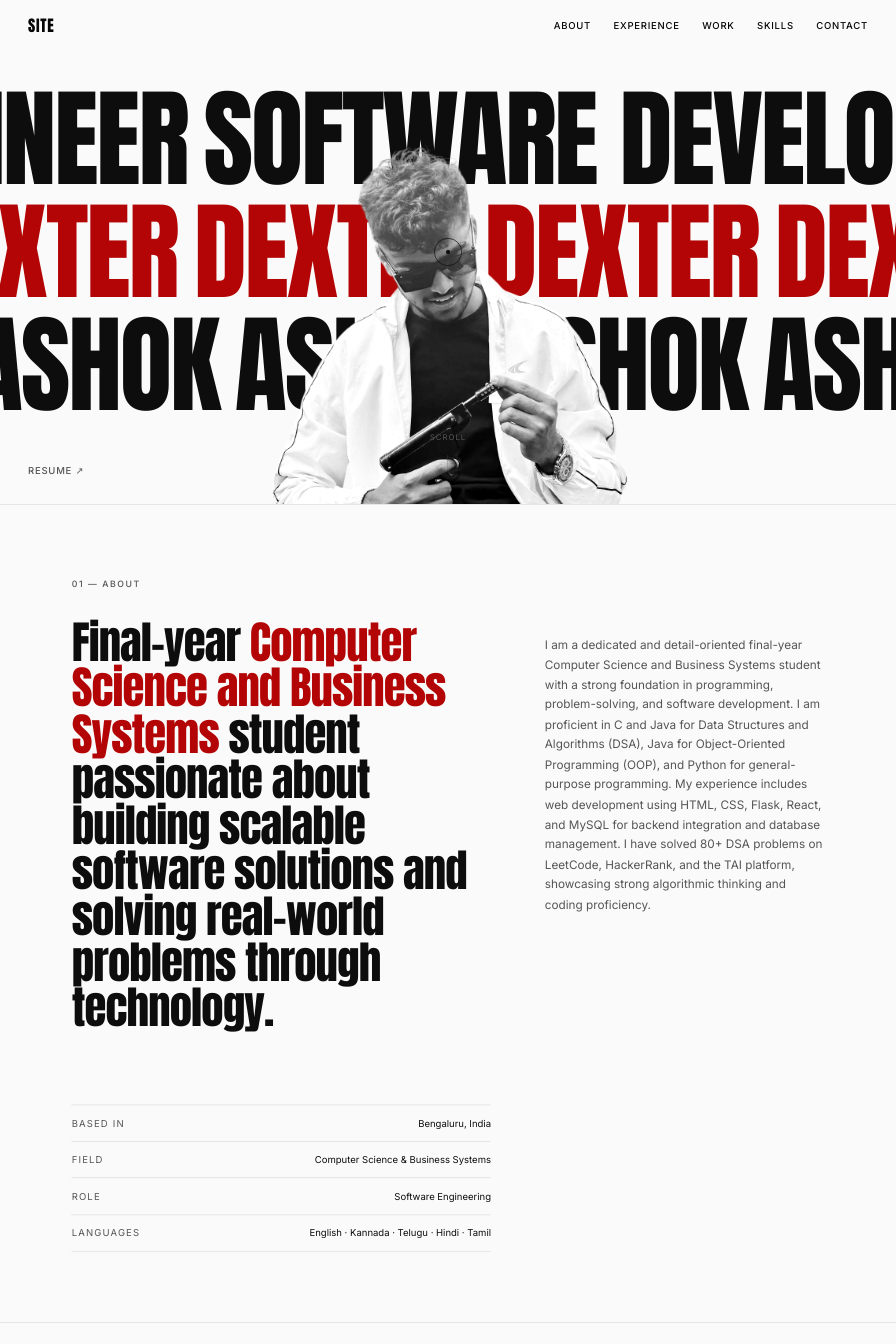
Repository: Ashok-B24/Dexter-portfolio
Page: /
An editor plug-in stored every save of this project. The page is shown before and after the next save, followed by the edit.
The browser window is 1280 px wide. The pictures show the part of the page from y = 0 to 1920 px (the page is 4826 px tall before and 720 px after), at 70% of full size.
The project was rebuilt for these pictures with package versions that can differ from the ones it lists, and the page was loaded fresh each time. Also part of the build but not shown: vite.config.js.

Above is the page before, as saved 2026-07-28 20:30:07.

### index.html
<!doctype html>
<html lang="en">
  <head>
    <meta charset="UTF-8" />
    <meta name="viewport" content="width=device-width, initial-scale=1.0" />
    <title>Portfolio</title>
    <link rel="preconnect" href="https://fonts.googleapis.com">
    <link rel="preconnect" href="https://fonts.gstatic.com" crossorigin>
    <link href="https://fonts.googleapis.com/css2?family=Anton&family=Inter:wght@400;500&display=swap" rel="stylesheet">
  </head>
  <body>
    <div id="root"></div>
    <script type="module" src="/src/main.jsx"></script>
  </body>
</html>

### src/main.jsx
import ReactDOM from 'react-dom/client'
import App from './App'
import './App.css'

ReactDOM.createRoot(document.getElementById('root')).render(<App />)

### src/App.jsx
import { useEffect } from 'react'
import Lenis from '@studio-freight/lenis'
import Nav from './components/Nav'
import Hero from './components/Hero'
import About from './components/About'
import Experience from './components/Experience'
import Work from './components/Work'
import Capabilities from './components/Capabilities'
import Contact from './components/Contact'
import Cursor from './components/Cursor'

export default function App() {
  useEffect(() => {
    const lenis = new Lenis({ duration: 1.2, easing: t => Math.min(1, 1.001 - 2 ** (-10 * t)), smoothWheel: true })
    function raf(time) { lenis.raf(time); requestAnimationFrame(raf) }
    requestAnimationFrame(raf)

    window.__lenis = lenis

    return () => { lenis.destroy(); delete window.__lenis }
  }, [])

  return (
    <>
      <Nav />
      <main>
        <Hero />
        <About />
        <Experience />
        <Work />
        <Capabilities />
        <Contact />
      </main>
      <Cursor />
    </>
  )
}

### src/components/Nav.jsx
import { useEffect, useRef } from 'react'
import gsap from 'gsap'

export default function Nav() {
  const navRef = useRef(null)

  useEffect(() => {
    const nav = navRef.current
    if (!nav) return

    const tl = gsap.timeline({ paused: true })
    tl.to(nav, { y: '-100%', duration: 0.4, ease: 'power2.inOut' })

    let oldScroll = 0

    function onScroll() {
      const lenis = window.__lenis
      if (!lenis) return

      const thisScroll = lenis.scroll
      if (thisScroll > oldScroll && thisScroll > 60) {
        tl.timeScale(1.2).play()
      } else if (thisScroll < oldScroll) {
        tl.timeScale(1.5).reverse()
      }
      oldScroll = thisScroll
    }

    if (window.__lenis) {
      window.__lenis.on('scroll', onScroll)
    }

    return () => {
      tl.kill()
      if (window.__lenis) window.__lenis.off('scroll', onScroll)
    }
  }, [])

  return (
    <nav className="nav" ref={navRef}>
      <div className="nav__inner">
        <a className="nav__logo" href="#">SITE</a>
        <div className="nav__links">
          <a href="#about" data-cursor="View">About</a>
          <a href="#experience" data-cursor="View">Experience</a>
          <a href="#work" data-cursor="View">Work</a>
          <a href="#capabilities" data-cursor="View">Skills</a>
          <a href="#contact" data-cursor="View">Contact</a>
        </div>
      </div>
    </nav>
  )
}

### src/components/Hero.jsx
import { useEffect, useRef } from 'react'
import gsap from 'gsap'

const TRACKS = [
  { dir: 'left',  speed: 8,  text: 'Software Developer Engineer' },
  { dir: 'right', speed: 10, text: 'Dexter' },
  { dir: 'left',  speed: 6,  text: 'Ashok' },
]

export default function Hero() {
  const heroRef = useRef(null)

  useEffect(() => {
    const hero = heroRef.current
    if (!hero) return

    let ctx

    function start() {
      const inners = hero.querySelectorAll('.hero__track-inner')
      if (inners.length === 0) { setTimeout(start, 200); return }

      ctx = gsap.context(() => {
        inners.forEach(inner => {
          const spans = inner.querySelectorAll('span')
          if (spans.length < 2) return

          const w = spans[0].offsetWidth
          if (w === 0) return

          const right = inner.classList.contains('hero__track-inner--right')
          const s = parseFloat(inner.getAttribute('data-speed')) || 8

          gsap.fromTo(inner, { x: right ? -w : 0 }, { x: right ? 0 : -w, duration: s, ease: 'none', repeat: -1 })
        })
      }, hero)
    }

    const race = []
    if (document.fonts && document.fonts.ready) race.push(document.fonts.ready)
    race.push(new Promise(r => setTimeout(r, 1500)))
    Promise.race(race).then(start)

    return () => { if (ctx) ctx.revert() }
  }, [])

  return (
    <section className="hero" ref={heroRef}>
      <div className="hero__marquee">
        {TRACKS.map((track, i) => (
          <div className="hero__track" key={i}>
            <div
              className={`hero__track-inner hero__track-inner--${track.dir}`}
              data-speed={track.speed}
            >
              {[0, 1, 2, 3].map(n => <span key={n}>{track.text}</span>)}
            </div>
          </div>
        ))}
      </div>

      <div className="hero__portrait">
        <img src={`${import.meta.env.BASE_URL}photo.png`} alt="Raghu" />
      </div>

      <a className="hero__resume" href="#">Resume ↗</a>

      <div className="hero__scroll">
        <span>Scroll</span>
        <div className="hero__scroll-line" />
      </div>
    </section>
  )
}

### src/components/About.jsx
const FACTS = [
  ['Based in', 'Bengaluru, India'],
  ['Field', 'Computer Science & Business Systems'],
  ['Role', 'Software Engineering'],
  ['Languages', 'English · Kannada · Telugu · Hindi · Tamil'],
]

export default function About() {
  return (
    <section id="about" className="section about">
      <div className="section__head">
        <span className="section__label">01 — About</span>
      </div>

      <div className="about__grid">
        <h2 className="about__headline">
          Final-year <em>Computer Science and Business Systems</em> student
          passionate about building scalable software solutions and solving
          real-world problems through technology.
        </h2>

        <p className="about__body">
          I am a dedicated and detail-oriented final-year Computer Science and
          Business Systems student with a strong foundation in programming,
          problem-solving, and software development. I am proficient in C and
          Java for Data Structures and Algorithms (DSA), Java for
          Object-Oriented Programming (OOP), and Python for general-purpose
          programming. My experience includes web development using HTML, CSS,
          Flask, React, and MySQL for backend integration and database
          management. I have solved 80+ DSA problems on LeetCode, HackerRank,
          and the TAI platform, showcasing strong algorithmic thinking and
          coding proficiency.
        </p>

        <dl className="about__facts">
          {FACTS.map(([k, v]) => (
            <div className="about__fact" key={k}>
              <dt>{k}</dt>
              <dd>{v}</dd>
            </div>
          ))}
        </dl>
      </div>
    </section>
  )
}

### src/components/Experience.jsx
const ROLES = [
  {
    period: 'Start Date — End Date',
    title: 'Job Title',
    org: 'Company Name · Location',
    desc: 'Brief description of your responsibilities, achievements, and impact in this role.',
  },
  {
    period: 'Start Date — End Date',
    title: 'Job Title',
    org: 'Company Name · Location',
    desc: 'Brief description of your responsibilities, achievements, and impact in this role.',
  },
  {
    period: 'Start Date — End Date',
    title: 'Job Title',
    org: 'Company Name · Location',
    desc: 'Brief description of your responsibilities, achievements, and impact in this role.',
  },
]

export default function Experience() {
  return (
    <section id="experience" className="section experience">
      <div className="section__head">
        <span className="section__label">02 — Experience</span>
      </div>

      <div className="experience__list">
        {ROLES.map((r, i) => (
          <article className="role" key={i}>
            <span className="role__period">{r.period}</span>
            <div className="role__main">
              <h3 className="role__title">{r.title}</h3>
              <span className="role__org">{r.org}</span>
              <p className="role__desc">{r.desc}</p>
            </div>
          </article>
        ))}
      </div>
    </section>
  )
}

### src/components/Work.jsx
const PROJECTS = [
  {
    title: 'Project Name',
    cat: 'Category',
    desc: 'A short description of the project, what it does, and the problem it solves.',
  },
  {
    title: 'Project Name',
    cat: 'Category',
    desc: 'A short description of the project, what it does, and the problem it solves.',
  },
  {
    title: 'Project Name',
    cat: 'Category',
    desc: 'A short description of the project, what it does, and the problem it solves.',
  },
  {
    title: 'Project Name',
    cat: 'Category',
    desc: 'A short description of the project, what it does, and the problem it solves.',
  },
]

export default function Work() {
  return (
    <section id="work" className="section work">
      <div className="section__head">
        <span className="section__label">03 — Selected Work</span>
      </div>

      <div className="work__list">
        {PROJECTS.map((p, i) => (
          <article className="project" key={i} data-cursor="View">
            <span className="project__index">{String(i + 1).padStart(2, '0')}</span>
            <div className="project__body">
              <h3 className="project__title">{p.title}</h3>
              <span className="project__cat">{p.cat}</span>
            </div>
            <p className="project__desc">{p.desc}</p>
          </article>
        ))}
      </div>
    </section>
  )
}

### src/components/Capabilities.jsx
const GROUPS = [
  {
    label: 'Category One',
    items: ['Skill', 'Skill', 'Skill', 'Skill'],
  },
  {
    label: 'Category Two',
    items: ['Skill', 'Skill', 'Skill'],
  },
  {
    label: 'Category Three',
    items: ['Skill', 'Skill', 'Skill'],
  },
]

export default function Capabilities() {
  return (
    <section id="capabilities" className="section capabilities">
      <div className="section__head">
        <span className="section__label">04 — Capabilities</span>
      </div>

      <div className="capabilities__grid">
        {GROUPS.map((g) => (
          <div className="cap-group" key={g.label}>
            <h3 className="cap-group__label">{g.label}</h3>
            <ul className="cap-group__items">
              {g.items.map((s) => (
                <li key={s}>{s}</li>
              ))}
            </ul>
          </div>
        ))}
      </div>
    </section>
  )
}

### src/components/Contact.jsx
export default function Contact() {
  return (
    <section id="contact" className="section contact">
      <div className="section__head">
        <span className="section__label">05 — Contact</span>
      </div>

      <h2 className="contact__headline">
        Let's build <em>something</em>
        <br />
        together →
      </h2>

      <div className="contact__rows">
        <a
          className="contact__row"
          href="mailto:ashokb2404@gmail.com"
          data-cursor="Email"
        >
          <span className="contact__key">Email</span>
          <span className="contact__val">ashokb2404@gmail.com</span>
        </a>

        <a
          className="contact__row"
          href="tel:+919986976276"
          data-cursor="Call"
        >
          <span className="contact__key">Phone</span>
          <span className="contact__val">+91 9986976276</span>
        </a>

        <div className="contact__row">
          <span className="contact__key">Location</span>
          <span className="contact__val">Bengaluru, India</span>
        </div>
      </div>

      <footer className="footer">
        <span>© {new Date().getFullYear()} Ashok B</span>
        <span>Built with React · Vite · GSAP</span>
      </footer>
    </section>
  )
}

### src/components/Cursor.jsx
import { useEffect, useRef } from 'react'

export default function Cursor() {
  const cursorRef = useRef(null)
  const dotRef = useRef(null)
  const labelRef = useRef(null)

  useEffect(() => {
    const cursor = cursorRef.current
    const dot = dotRef.current
    const label = labelRef.current
    if (!cursor || !dot) return

    let mX = window.innerWidth / 2
    let mY = window.innerHeight / 2
    let cX = mX
    let cY = mY
    let raf = null

    function onMove(e) { mX = e.clientX; mY = e.clientY }
    function onLeave() { cursor.style.opacity = '0'; dot.style.opacity = '0' }
    function onEnter() { cursor.style.opacity = '1'; dot.style.opacity = '1' }

    function animate() {
      cX += (mX - cX) * 0.15
      cY += (mY - cY) * 0.15
      cursor.style.left = cX + 'px'
      cursor.style.top = cY + 'px'
      dot.style.left = mX + 'px'
      dot.style.top = mY + 'px'
      raf = requestAnimationFrame(animate)
    }

    function onHover(e) {
      const t = e.target.closest('[data-cursor]')
      if (t) { cursor.classList.add('cursor--active'); if (label) label.textContent = t.dataset.cursor }
    }
    function onBlur(e) {
      const t = e.target.closest('[data-cursor]')
      if (t) { cursor.classList.remove('cursor--active') }
    }

    function onScroll() {
      if (window.__lenis) {
        const s = window.__lenis.scroll
        cY = mY - s
      }
      cursor.style.opacity = '0'
      dot.style.opacity = '0'
      clearTimeout(onScroll._timer)
      onScroll._timer = setTimeout(() => {
        if (document.hasFocus()) { cursor.style.opacity = '1'; dot.style.opacity = '1' }
      }, 200)
    }

    document.addEventListener('mousemove', onMove)
    document.addEventListener('mouseleave', onLeave)
    document.addEventListener('mouseenter', onEnter)
    document.addEventListener('mouseover', onHover)
    document.addEventListener('mouseout', onBlur)
    if (window.__lenis) window.__lenis.on('scroll', onScroll)
    raf = requestAnimationFrame(animate)

    return () => {
      document.removeEventListener('mousemove', onMove)
      document.removeEventListener('mouseleave', onLeave)
      document.removeEventListener('mouseenter', onEnter)
      document.removeEventListener('mouseover', onHover)
      document.removeEventListener('mouseout', onBlur)
      if (window.__lenis) window.__lenis.off('scroll', onScroll)
      cancelAnimationFrame(raf)
    }
  }, [])

  return (
    <>
      <div className="cursor" ref={cursorRef}>
        <span className="cursor__label" ref={labelRef} />
      </div>
      <div className="cursor__dot" ref={dotRef} />
    </>
  )
}

Loaded but not shown: src/App.css (793 lines, source omitted)

After the next save:
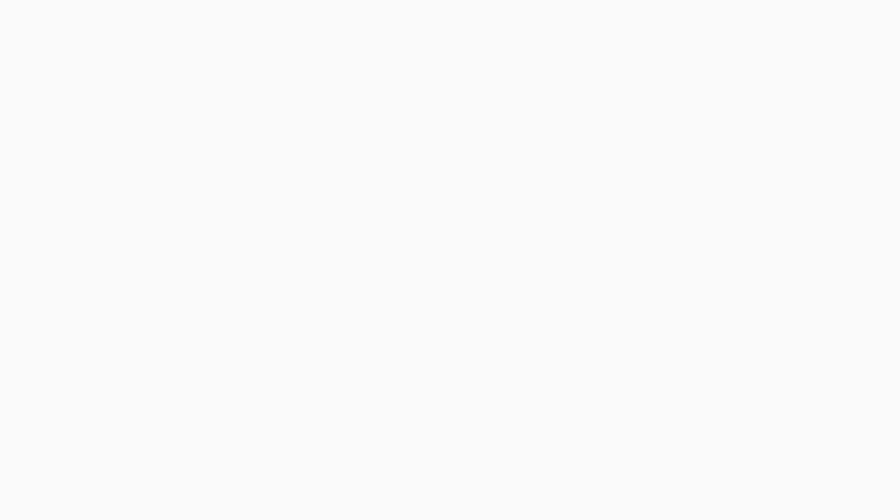
Console error (its wording comes from the project's code and is left out).
Saved 102 s later.
--- a/src/components/Experience.jsx
+++ b/src/components/Experience.jsx
@@ -1,43 +1,14 @@
 const ROLES = [
   {
-    period: 'Start Date — End Date',
-    title: 'Job Title',
-    org: 'Company Name · Location',
-    desc: 'Brief description of your responsibilities, achievements, and impact in this role.',
+    period: '2024 — PRESENT',
+    title: 'Software Engineering Intern',
+    org: 'Independent Projects & Freelance Work',
+    desc: 'Building polished web experiences with React, Vite, and modern frontend tooling while focusing on thoughtful interaction design, performance, and user experience.',
   },
   {
-    period: 'Start Date — End Date',
-    title: 'Job Title',
-    org: 'Company Name · Location',
-    desc: 'Brief description of your responsibilities, achievements, and impact in this role.',
-  },
-  {
-    period: 'Start Date — End Date',
-    title: 'Job Title',
-    org: 'Company Name · Location',
-    desc: 'Brief description of your responsibilities, achievements, and impact in this role.',
+    period: '2023 — 2024',
+    title: 'Student Developer',
+    org: 'KSSEM',
+    desc: 'Worked on campus-focused web solutions, strengthened problem-solving skills through Data Structures & Algorithms (DSA), and explored full-stack development through hands-on academic and personal projects.',
   },
 ]
-
-export default function Experience() {
-  return (
-    <section id="experience" className="section experience">
-      <div className="section__head">
-        <span className="section__label">02 — Experience</span>
-      </div>
-
-      <div className="experience__list">
-        {ROLES.map((r, i) => (
-          <article className="role" key={i}>
-            <span className="role__period">{r.period}</span>
-            <div className="role__main">
-              <h3 className="role__title">{r.title}</h3>
-              <span className="role__org">{r.org}</span>
-              <p className="role__desc">{r.desc}</p>
-            </div>
-          </article>
-        ))}
-      </div>
-    </section>
-  )
-}

After the save that followed:
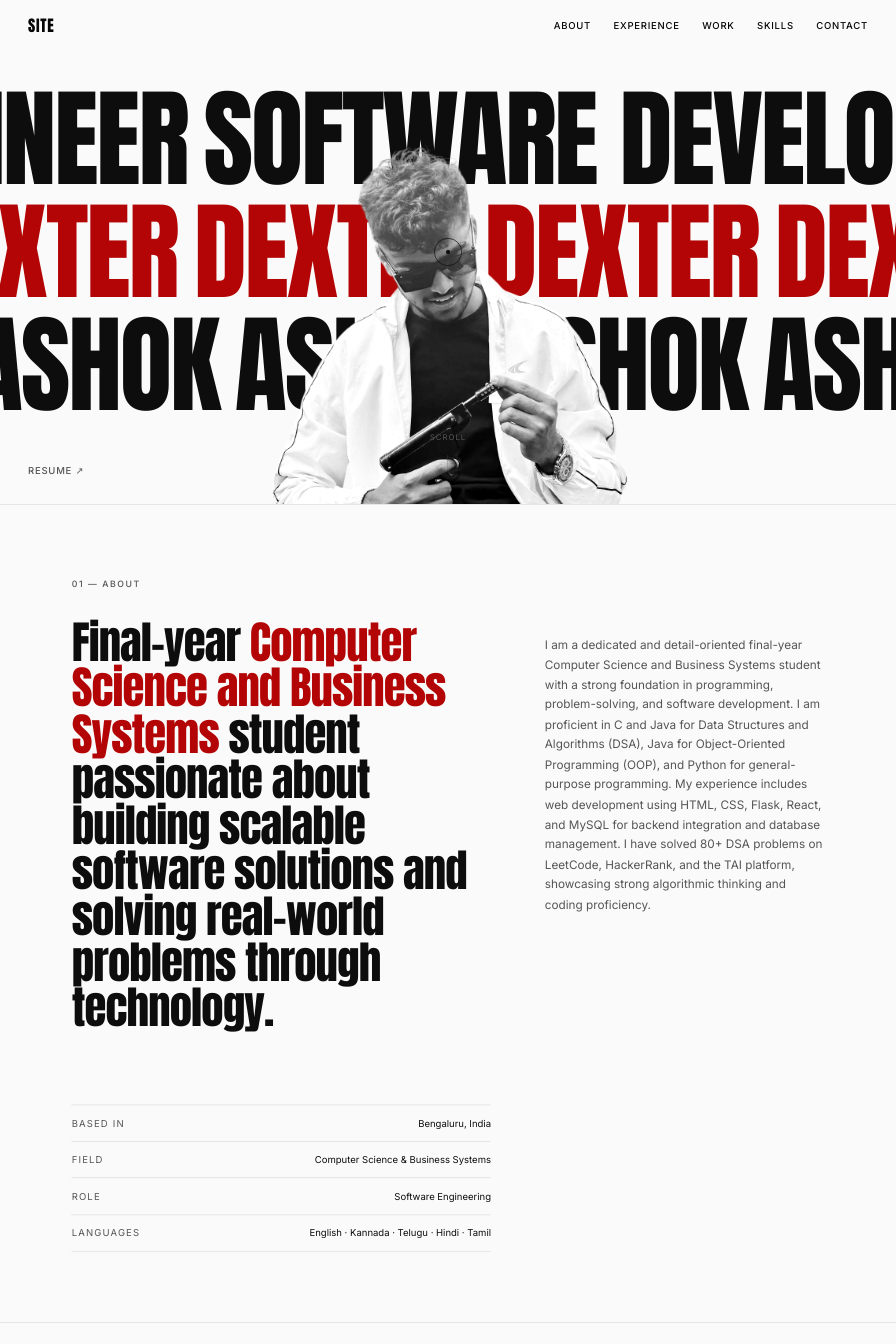
The error is gone.
Saved 2 min 8 s later.
--- a/src/components/Experience.jsx
+++ b/src/components/Experience.jsx
@@ -1,14 +1,43 @@
 const ROLES = [
   {
-    period: '2024 — PRESENT',
-    title: 'Software Engineering Intern',
-    org: 'Independent Projects & Freelance Work',
-    desc: 'Building polished web experiences with React, Vite, and modern frontend tooling while focusing on thoughtful interaction design, performance, and user experience.',
+    period: 'Start Date — End Date',
+    title: 'Job Title',
+    org: 'Company Name · Location',
+    desc: 'Brief description of your responsibilities, achievements, and impact in this role.',
   },
   {
-    period: '2023 — 2024',
-    title: 'Student Developer',
-    org: 'KSSEM',
-    desc: 'Worked on campus-focused web solutions, strengthened problem-solving skills through Data Structures & Algorithms (DSA), and explored full-stack development through hands-on academic and personal projects.',
+    period: 'Start Date — End Date',
+    title: 'Job Title',
+    org: 'Company Name · Location',
+    desc: 'Brief description of your responsibilities, achievements, and impact in this role.',
+  },
+  {
+    period: 'Start Date — End Date',
+    title: 'Job Title',
+    org: 'Company Name · Location',
+    desc: 'Brief description of your responsibilities, achievements, and impact in this role.',
   },
 ]
+
+export default function Experience() {
+  return (
+    <section id="experience" className="section experience">
+      <div className="section__head">
+        <span className="section__label">02 — Experience</span>
+      </div>
+
+      <div className="experience__list">
+        {ROLES.map((r, i) => (
+          <article className="role" key={i}>
+            <span className="role__period">{r.period}</span>
+            <div className="role__main">
+              <h3 className="role__title">{r.title}</h3>
+              <span className="role__org">{r.org}</span>
+              <p className="role__desc">{r.desc}</p>
+            </div>
+          </article>
+        ))}
+      </div>
+    </section>
+  )
+}
